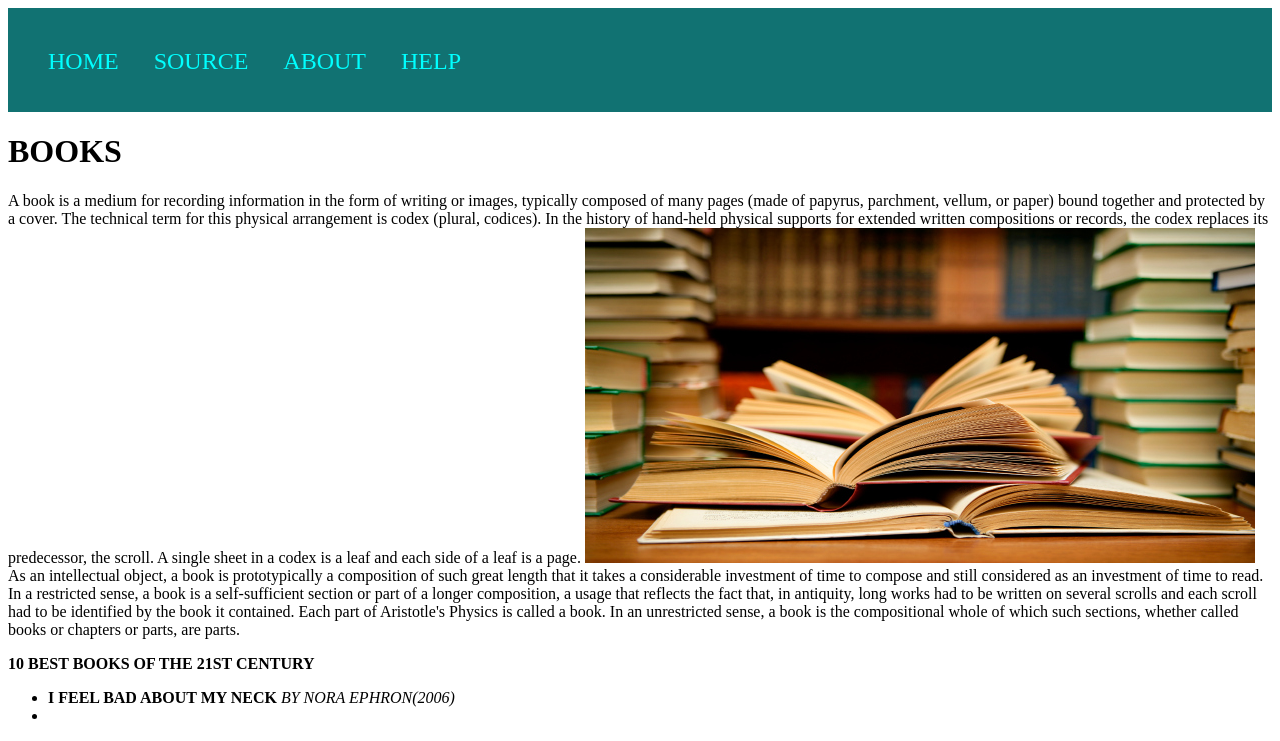
Repository: Hanan-arts/websites
Page: 01 web design/website.html
An editor plug-in stored every save of this project. The page is shown before and after a run of saves, followed by the edit.
The browser window is 1280 px wide. The pictures show the whole page.

Above is the page before, as saved 2021-02-13 21:20:35.

After the next 3 saves:
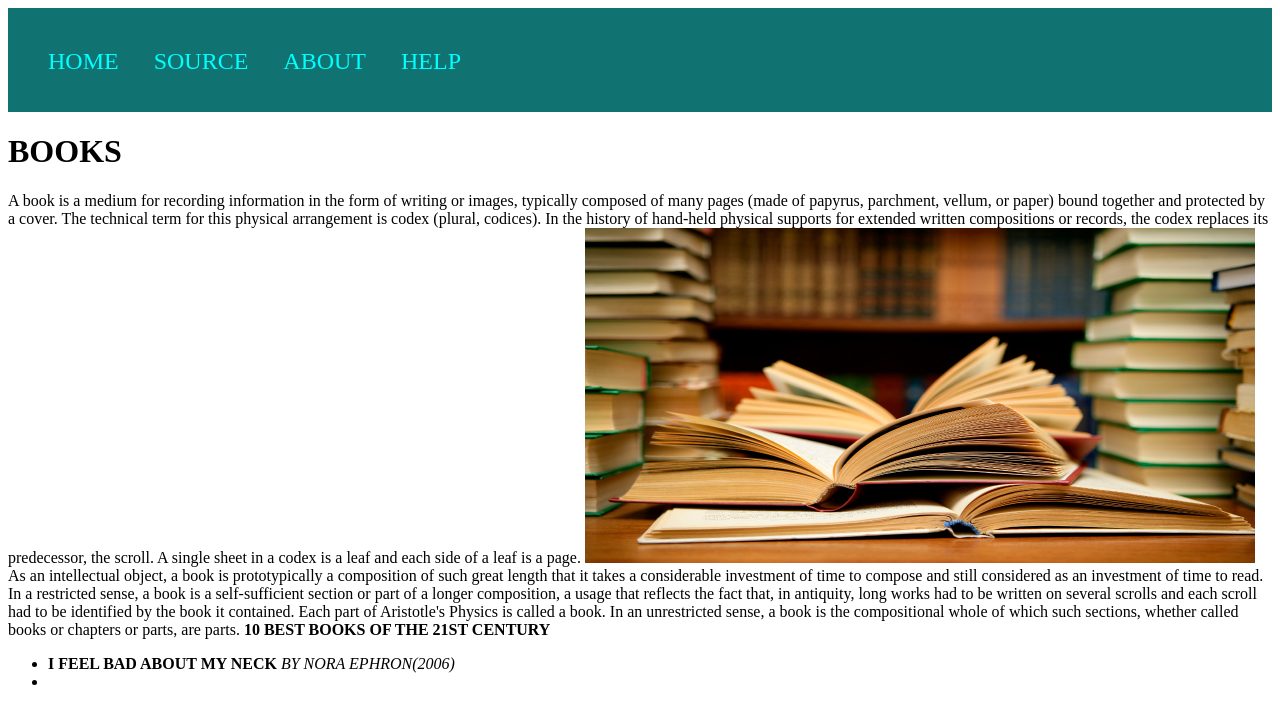
The 3 saves are shown as one change because they came seconds apart.
The last was saved 17 s later.
--- a/01 web design/website.html
+++ b/01 web design/website.html
@@ -47,7 +47,7 @@ In an unrestricted sense, a book is the compositional whole of which such sectio
 or chapters or parts,
 are parts.
 </body>
-<p><b>10 BEST BOOKS OF THE 21ST CENTURY</b></p>
+<h1<p><b>10 BEST BOOKS OF THE 21ST CENTURY</b></p>
 <p>
     <div>
         <ul>
